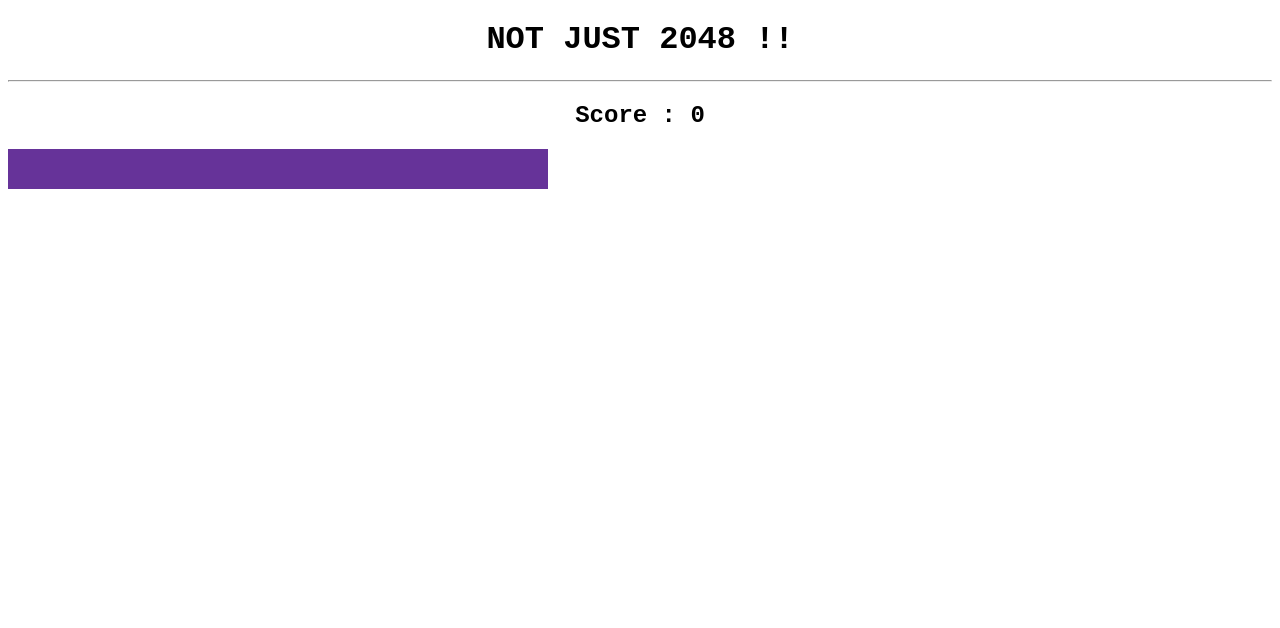
Repository: Prathamyadav1123/2048Game
Page: NotJust2048-main/2048.html
The author's editor kept a copy of each file at every save. The page is drawn from the files as they stood at one save, then again after a run of saves.
The browser window is 1280 px wide. The pictures show the whole page.

Above is the page before, as saved 2023-05-31 19:39:41.

### NotJust2048-main/2048.html
<!DOCTYPE html>
<html>
    <head>
        <title>
            2048 game
        </title>
        <link rel= "stylesheet" href="2048.css"/>
        <script src= "2048.js"></script>
    </head>
    <body>
        <h1> NOT JUST 2048 !! </h1>
        <hr>
        <h2> Score : <span id="score"> 0 </span></h2>
        <div id="board">

        </div>
    </body>
</html>

### NotJust2048-main/2048.css
body{
    font-family: 'Courier New', Courier, monospace;
    text-align: center;
}
#board{
    width: 500px;
    height: 20;
    color: crimson;
    background-color: aquamarine;
    border: 20px solid rebeccapurple;
}

Loaded but not shown: NotJust2048-main/2048.js (no copy from this time; the picture is the same without it)

After the next 3 saves:
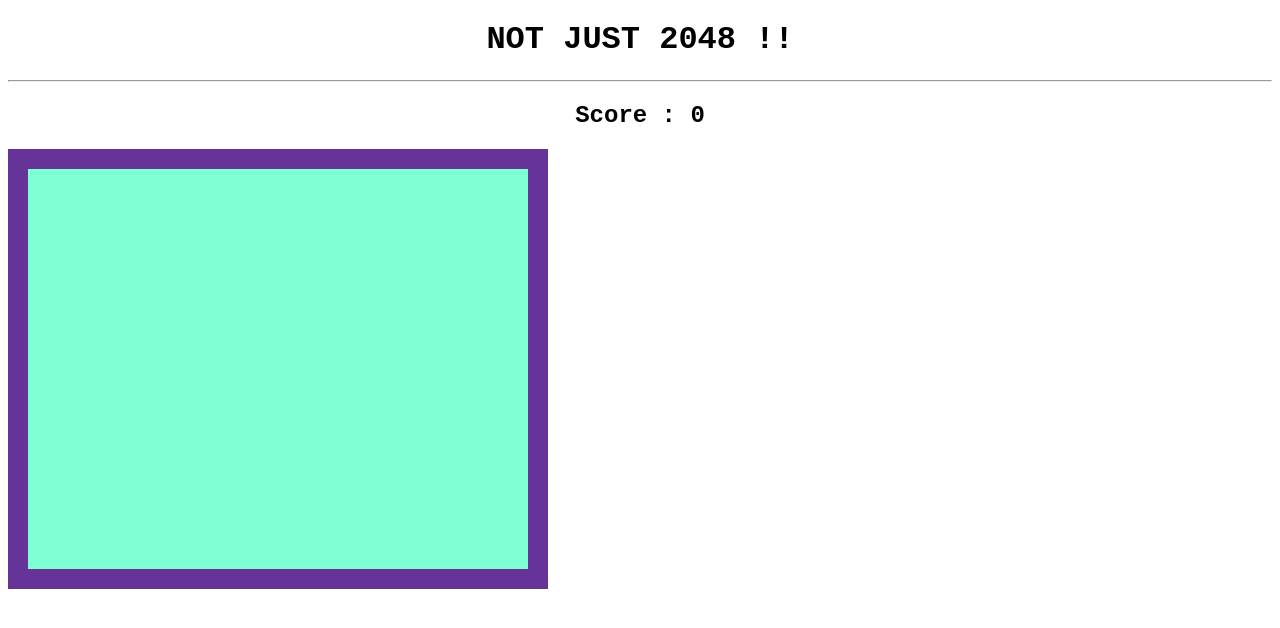
The 3 saves are shown as one change because they came seconds apart.
The last was saved 13 s later.
--- a/NotJust2048-main/2048.css
+++ b/NotJust2048-main/2048.css
@@ -2,9 +2,10 @@ body{
     font-family: 'Courier New', Courier, monospace;
     text-align: center;
 }
+
 #board{
     width: 500px;
-    height: 20;
+    height: 400px;
     color: crimson;
     background-color: aquamarine;
     border: 20px solid rebeccapurple;
